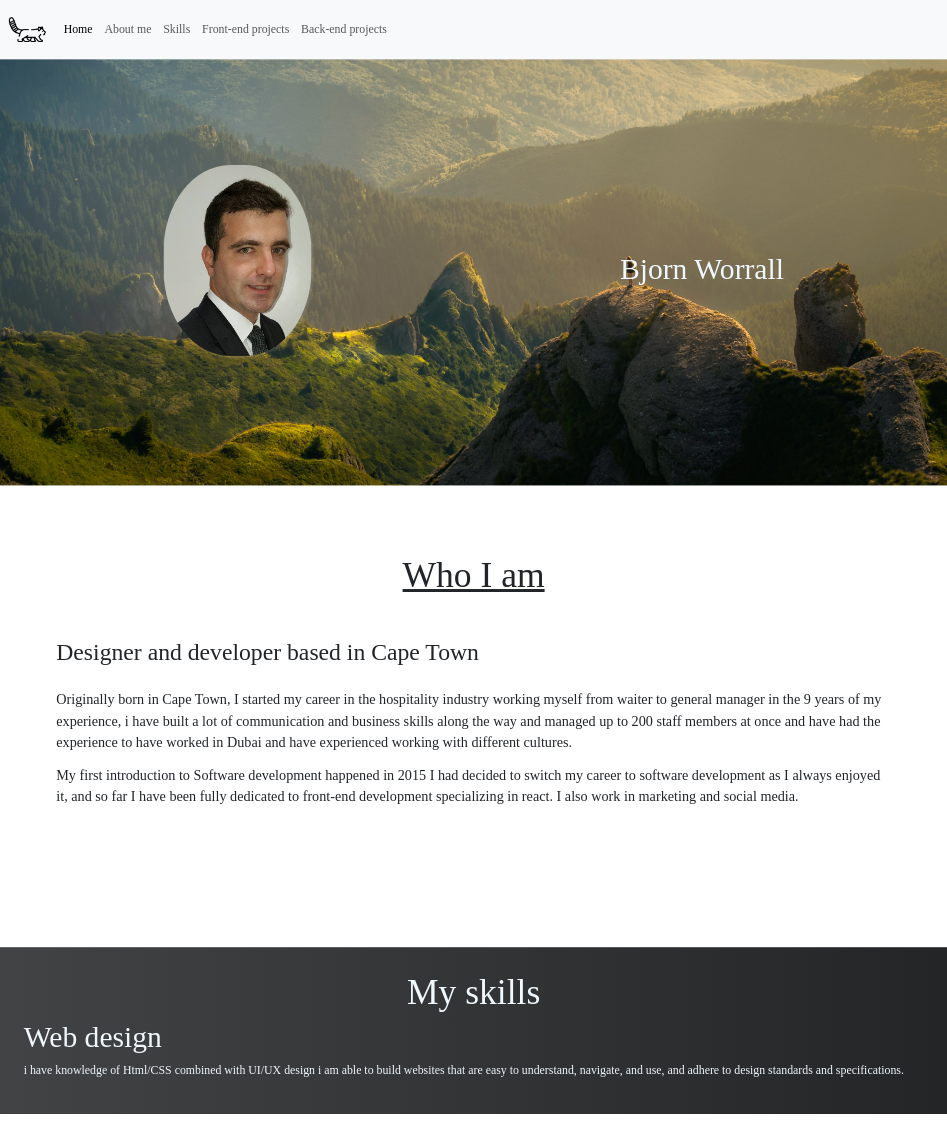
Repository: lasity34/portfolio
Page: index.html
An editor plug-in stored every save of this project. The page is shown before and after the next save, followed by the edit.
The browser window is 1280 px wide. The pictures show the whole page, at 74% of full size.
Backgrounds fixed to the window are drawn as part of the page. Some web fonts or font styles are not loaded; a fallback is used.

Above is the page before, as saved 2023-03-14 09:08:40.

After the next save:
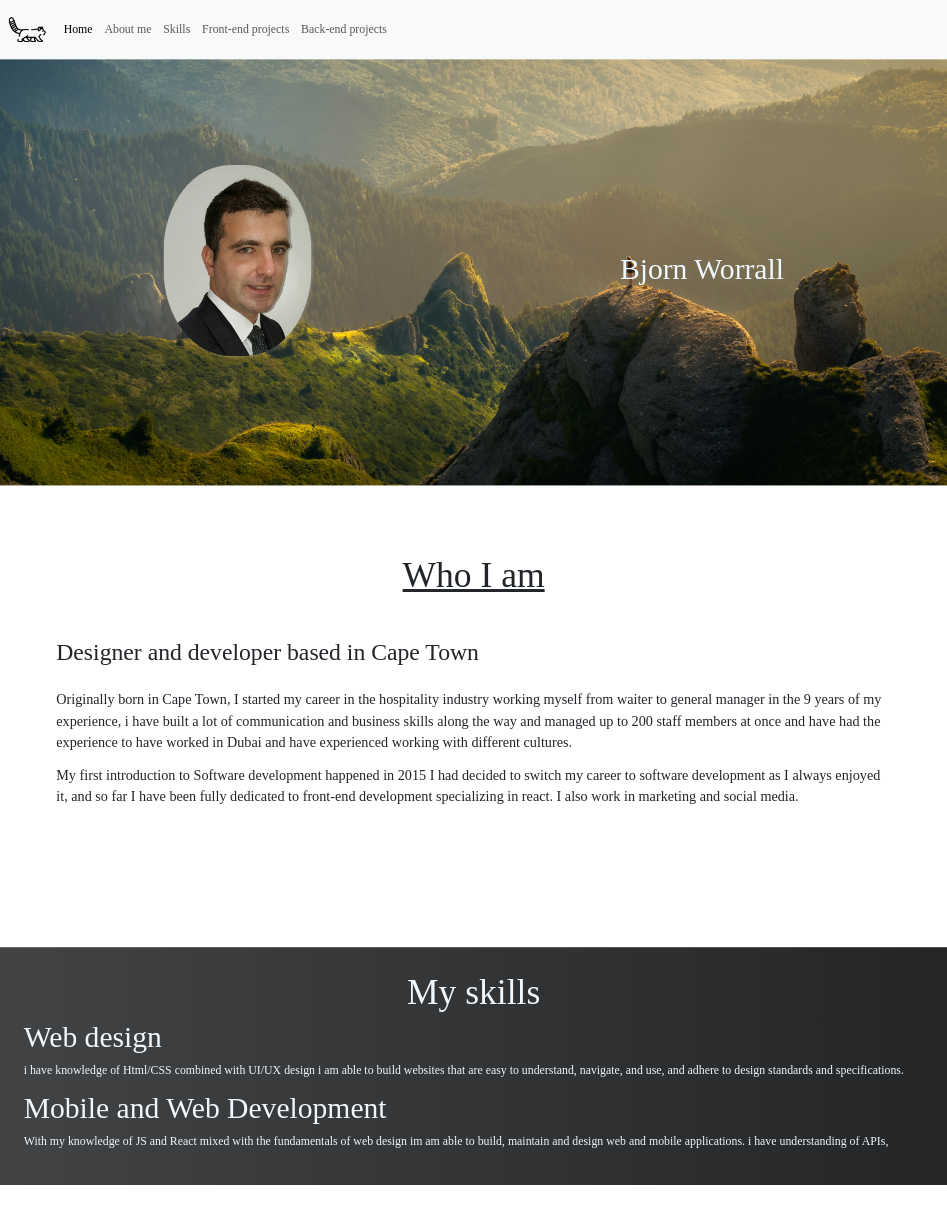
Saved 4 min 59 s later.
--- a/index.html
+++ b/index.html
@@ -92,6 +92,14 @@
           adhere to design standards and specifications.
         </p>
       </div>
+      <div class="skills_column">
+        <h1>Mobile and Web Development</h1>
+        <p>
+          With my knowledge of JS and React mixed with the fundamentals of web
+          design im am able to build, maintain and design web and mobile
+          applications. i have understanding of APIs,
+        </p>
+      </div>
     </section>
   </body>
 </html>
